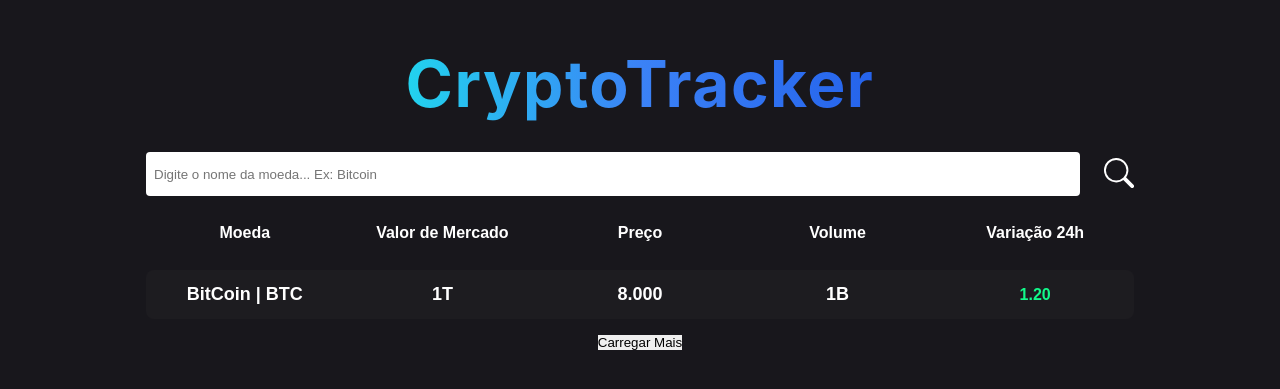
Repository: GabrielPertelCorti/crypto-tracker
Page: /
The author's editor kept a copy of each file at every save. The page is drawn from the files as they stood at one save, then again after a run of saves.
The browser window is 1280 px wide. The pictures show the whole page.
The project was rebuilt for these pictures with package versions that can differ from the ones it lists, and the page was loaded fresh each time. Also part of the build but not shown: vite.config.ts, src/pages/detail/index.tsx, src/pages/notFound/index.tsx.

Above is the page before, as saved 2026-03-12 16:11:47.

### index.html
<!doctype html>
<html lang="en">
  <head>
    <meta charset="UTF-8" />
    <link rel="icon" type="image/svg+xml" href="/vite.svg" />
    <meta name="viewport" content="width=device-width, initial-scale=1.0" />
    <title>crypto-tracker</title>
  </head>
  <body>
    <div id="root"></div>
    <script type="module" src="/src/main.tsx"></script>
  </body>
</html>

### src/index.css
*{
  margin: 0;
  padding: 0;
  box-sizing: border-box;

}

body {
  background-color: #18171c;
  width: 100%;
  max-width:1080px;
  margin: 0 auto;
  font-family: sans-serif;
  font-size: 16px;
}

button {
  cursor: pointer;
  border: 0;
}

a{
  text-decoration: none;
  color: #fff;
}

### src/App.tsx
import router from './router'
import { RouterProvider } from 'react-router-dom'

import './App.css'

function App() {


  return (
    <RouterProvider router={router} />
  )
}

export default App

### src/router.tsx
import { createBrowserRouter } from 'react-router-dom'
import Home from './pages/home'
import Detail from './pages/detail'
import NotFound from './pages/notFound'
import Layout from './components/layout'


const router = createBrowserRouter([
  {
    element: <Layout />,
    children: [
      {
        path: "/",
        element: <Home />,
      },
      {
        path: "/detail/:crypto",
        element: <Detail />,
      },
      {
        path: "*",
        element: <NotFound />,
      },
    ],
  },
]);

export default router;

### src/pages/home/index.tsx
import { useState, FormEvent } from 'react'
import styles from './home.module.css'
import { BsSearch } from 'react-icons/bs'
import { Link, useNavigate} from 'react-router-dom'

export default function Home() {
  const [input, setInput] = useState('')

  const navigate = useNavigate();




  function handleSubmit(e: React.FormEvent<HTMLFormElement>) {
    e.preventDefault()
    if(input === "") return;
    navigate(`/detail/${input}`)
    setInput('')
  }

  return (
    <main className={styles.container}>
      <form className={styles.form} onSubmit={handleSubmit} >
        <input type="text" placeholder='Digite o nome da moeda... Ex: Bitcoin'
        value={input} onChange={(e) => setInput(e.target.value)}/>
        <button type="submit" >
          <BsSearch size={30} color="#fff" />
          </button>
      </form>

      <table>
        <thead>
          <tr>
            <th scope='col' >Moeda</th>
            <th scope='col' >Valor de Mercado</th>
            <th scope='col' >Preço</th>
            <th scope='col' >Volume</th>
            <th scope='col' >Variação 24h</th>

          </tr>
        </thead>

        <tbody id='tbody'>
          <tr className={styles.tr}>
            <td className={styles.td} data-label="Moeda" >
              <div className={styles.name} >
                <Link to={'/detail/bitcoin'}>
                  <span>BitCoin</span> | BTC
                </Link>
              </div>
            </td>

            <td className={styles.td} data-label="Valor de Mercado" >
              1T
            </td>

            <td className={styles.td} data-label="Preço" >
              8.000
            </td>

            <td className={styles.td} data-label="Volume" >
              1B
            </td>

            <td className={styles.tdProfit} data-label="Variação 24h" >
              <span>1.20</span>
            </td>

          </tr>
        </tbody>
      </table>

      <button className={styles.buttonShowMore}>
        Carregar Mais
      </button>

    </main>
  )
}

### src/components/layout/index.tsx
import Header from '../header'

import { Outlet } from 'react-router-dom'

export default function Layout() {
  return (
    <>
      <Header />
      <Outlet />

    </>
  )
}

### src/pages/home/home.module.css
.container{
  margin: 0 14px;

}

.form{
  width: 100%;
  display: flex;
  gap: 24px;

}

.form input{
  width: 100%;
  height: 44px;
  padding: 0 8px;
  border: 0;
  border-radius: 4px;
  outline: none;
}

.form button {
  background-color: transparent;
}

table{
  border-collapse: separate ;
  border-spacing: 0 14px;
  margin: 0;
  padding: 0;
  width: 100%;
  table-layout: fixed;
}

table caption{
  font-size: 16px;
  margin: 0.5em 0 .75em;
}

th{
  color: #fff;
}

.tr{
  background-color: #1d1c20;
}

td:first-child,
th:first-child{
  border-radius: 8px 0 0 8px;
}

td:last-child,
th:last-child{
  border-radius: 0 8px 8px 0;
}

table th,
table td{
  padding: 14px;
  text-align: center;
}

.td{
  font-weight: bold;
  font-size: 18px;
  color: #fff;
}

.tdProfit{
  color: #12f98a;
  font-weight: bold;
}

.tdLoss{
  color: #f91257;
  font-weight: bold;
}

.buttonShowMore{
  background-color: #30;
}


@media screen and (max-width: 600px){
  table{
    border: 0;
  }

  table thead{
    border: 0;
    clip: rect(0 0 0 0);
    height: 1px;
    margin: -1px;
    overflow: hidden;
    position: absolute;
    width: 1px;
    padding: 0;

  }

  .tr{
    border-bottom: 1px solid #ddd;
    display: block;
    margin-bottom: 14px;
  }

  table td{
    border-bottom: 1px solid rgba(221, 221, 221, 0.170);
    display: block;
    text-align: right;
    font-size: 14px;

  }

  table td::before{
    content: attr(data-label);
    float: left;
    font-weight: bold;
    text-transform: uppercase;
  }

  table td:last-child{
    border-bottom: 0;
  }

  td:first-child,
  th:first-child{
    border-radius: 0;
  }

  td:last-child,
  th:last-child{
    border-radius: 0;
  }
}

### src/components/header/index.tsx
import styles from './header.module.css'
import Logo from '../../assets/logo5.svg'
import { Link } from 'react-router-dom'

export default function Header() {
  return (
    <header className={styles.container}>
      <Link to="/">
        <img src={Logo} alt="Logo Crypto Tracker"  />
      </Link>
    </header>
  )
}

### src/components/header/header.module.css
.container{
  display: flex;
  justify-content: center;
  align-items: center;
  height: 120px;
  max-width: 1080px;
}

Loaded but not shown: src/main.tsx (common file); src/App.css (common file)

After the next 2 saves:
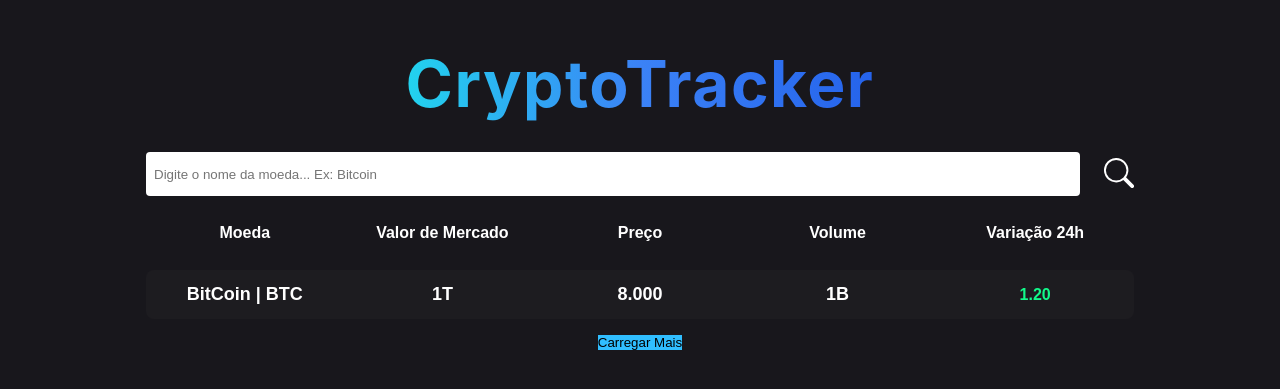
The 2 saves are shown as one change because they came seconds apart.
The last was saved 6 s later.
--- a/src/pages/home/home.module.css
+++ b/src/pages/home/home.module.css
@@ -78,7 +78,8 @@ table td{
 }
 
 .buttonShowMore{
-  background-color: #30;
+  background-color: #30beff;
+  padding: ;
 }
 
 
